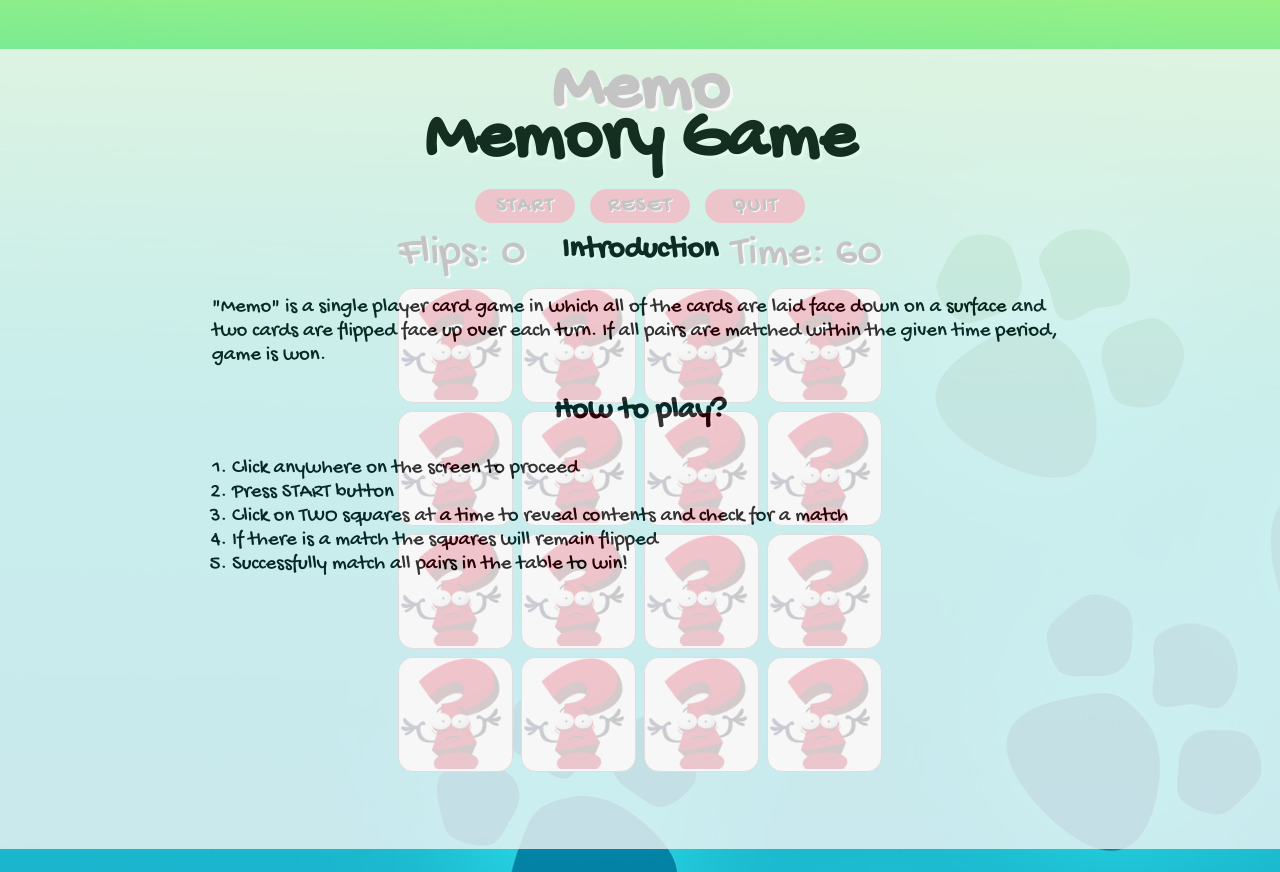
Repository: lauramika/Memory-Game
Page: index.html
The author's editor kept a record of every edit. The page is drawn from the files as they stood at one moment, then again after the next edit.
The browser window is 1280 px wide. The pictures show the whole page.

Above is the page before.

### index.html
<!DOCTYPE html>
<html lang = 'en'>
    <head>
        <meta name="viewport" content="width=device-width, initial-scale=1.0">
        <link rel="stylesheet" href="style.css" type="text/css" />
        <title>Memory Game</title>
    </head>
    <body>
        <!--overlay actice when program is loaded,by clicking anywhere on the screen, overlay is hidden-->
         <div id="overlay" onclick="off()">
            <!--Main heading, title-->
            <h1 class="title-game">Memory Game</h1>
            <!--Intro what this game is about-->
            <div id="intro">
                <h2>Introduction</h2>
                    <p>"Memo" is a single player card game in which all of the cards are
                    laid face down on a surface and two cards are flipped face up over
                    each turn. If all pairs are matched within the given time
                    period, game is won.</p>
            </div>
            <!--explanation how to play the game-->
            <div class="how-to-play">
                <h2>How to play?</h2>
                  <ol>
                    <li>Click anywhere on the screen to proceed</li>
                    <li>Press START button</li>
                    <li>Click on TWO squares at a time to reveal contents and check for a match</li>
                    <li>If there is a match the squares will remain flipped </li>
                    <li>Successfully match all pairs in the table to win!</li>
                  </ol>
              </div>
          </div>
          <h1 class="title-game">Memo</h1>
          <!--start, reset and quit buttons-->
        <div class="buttons">
            <button class="start" onclick="shuffle()">Start</button>
            <button class="reset">Reset</button>
            <button class="quit">Quit</button>
        </div>
        <!--Main container that holds all the cards-->
        <div class="main-container">
            <div class= "rules-container">
                <div class="level-container">
                    Flips: <span id="flips">0</span>
                </div>
                <div class="time-container">
                    Time: <span id="time-left">60</span>
                </div>
            </div>
            <!--Cards-->
            <div class="cards">
                <div class="front-face">
                    <img src="images/camera.png">
                </div>
                 <div class="back-face">
                   <img src="images/question.jpg">
                </div>
            </div>

            <div class="cards">
                <div class="front-face">
                    <img src="images/camera.png">
                </div>
                 <div class="back-face">
                   <img src="images/question.jpg">
                </div>
            </div>

            <div class="cards">
                <div class="front-face">
                    <img src="images/bomb.png">
                </div>
                 <div class="back-face">
                   <img src="images/question.jpg">
                </div>
            </div>

            <div class="cards">
                <div class="front-face">
                    <img src="images/bomb.png">
                </div>
                 <div class="back-face">
                   <img src="images/question.jpg">
                </div>
            </div>

            <div class="cards">
                <div class="front-face">
                    <img src="images/garfield.jpg">
                </div>
                 <div class="back-face">
                   <img src="images/question.jpg">
                </div>
            </div>

            <div class="cards">
                <div class="front-face">
                    <img src="images/garfield.jpg">
                </div>
                 <div class="back-face">
                   <img src="images/question.jpg">
                </div>
            </div>

            <div class="cards">
                <div class="front-face">
                    <img src="images/ladybug.jpg">
                </div>
                 <div class="back-face">
                   <img src="images/question.jpg">
                </div>
            </div>

            <div class="cards">
                <div class="front-face">
                    <img src="images/ladybug.jpg">
                </div>
                 <div class="back-face">
                   <img src="images/question.jpg">
                </div>
            </div>

            <div class="cards">
                <div class="front-face">
                    <img src="images/puppy.jpg">
                </div>
                 <div class="back-face">
                   <img src="images/question.jpg">
                </div>
            </div>

            <div class="cards">
                <div class="front-face">
                    <img src="images/puppy.jpg">
                </div>
                 <div class="back-face">
                   <img src="images/question.jpg">
                </div>
            </div>

            <div class="cards">
                <div class="front-face">
                    <img src="images/star.jpg">
                </div>
                 <div class="back-face">
                   <img src="images/question.jpg">
                </div>
            </div>

            <div class="cards">
                <div class="front-face">
                    <img src="images/star.jpg">
                </div>
                 <div class="back-face">
                   <img src="images/question.jpg">
                </div>
            </div>

            <div class="cards">
                <div class="front-face">
                    <img src="images/frog.jpg">
                </div>
                 <div class="back-face">
                   <img src="images/question.jpg">
                </div>
            </div>

            <div class="cards">
                <div class="front-face">
                    <img src="images/frog.jpg">
                </div>
                 <div class="back-face">
                   <img src="images/question.jpg">
                </div>
            </div>
            <div class="cards">

                <div class="front-face">
                    <img src="images/bananas.jpg">
                </div>
                 <div class="back-face">
                   <img src="images/question.jpg">
                </div>
            </div>

            <div class="cards">
                <div class="front-face">
                    <img src="images/bananas.jpg">
                </div>
                 <div class="back-face">
                   <img src="images/question.jpg">
                </div>
            </div>
        </div>
        <script type="text/javascript" src="script.js"></script>
    </body>
</html>

### style.css
/*import google font*/
@import url('https://fonts.googleapis.com/css?family=Gochi+Hand&display=swap');
* {
    box-sizing: border-box;
}
html {
    min-height: 100vh;
}
body {
    margin: 0;
     background-image: url("images/paw-print-941498_1920.jpg");
    font-family: 'Gochi Hand', cursive;
    color: black;
    font-size: 1.3em;

}
h1 {
    text-shadow: 3px 3px white;
}
h2 {
    text-align: center;
    text-shadow: 2px 2px white;
}
p, .times {
    margin: 20px;
}
#intro, .how-to-play{
    margin: auto;
    width: 70%;
}
.title-game {
    color:black;
    text-align: center;
    font-size: 3.5em;
}

.rules-container {
    grid-column: 1 / -1;
    display: flex;
    justify-content: space-between;
}
/*container that holds all the cards*/
.main-container {
    display: grid;
    grid-template-columns: repeat(4, auto);
    grid-gap: 8px;
    justify-content: center;
    margin-bottom: 100px;
    color: black;
    text-shadow: 2px 2px white;
    font-size: 2.1em;

}
/*card styles*/
.cards {
    background-color: white;
    height: 115px;
    width: 115px;
    border-radius: 15px;
    transition: transform .2s;
    border: 1px solid gray;
    position: relative;
    transform-style: preserve-3d;

}
/**************flipping of cards************/
.front-face {
    backface-visibility: hidden;
     transform: rotateY(180deg);
}
.back-face {
    backface-visibility: hidden;
}
.cards:hover {
    transform: scale(1.05);
    transform: rotateY(180deg);
    transition: ease .6s;
}
/*image sizes in desktop view*/
img {
    height: 111px;
    width: 111px;
    border-radius: 15px;
}
/*positioning of images absolute to their parent div*/
.front-face, .back-face {
    position: absolute;
}
.buttons {
    text-align: center;
}
/*start, reset and quit button styles*/
button {
    font-family: 'Gochi Hand', cursive;
    width: 100px;
    font-size: 1em;
    letter-spacing: 2px;
    color: black;
    font-weight: bold;
    text-transform: uppercase;
    background: rgb(199,1,30);
    text-shadow: 1px 1px white;
    padding: 5px 10px;
    border-radius: 30px;
    border: none;
    margin: 5px;
}
button:hover {
   transform: scale(1.1);
   box-shadow: 3px 3px white;
   opacity: 0.9;
}
#overlay {
  height: 800px;
  display: visible;
  background-color: whitesmoke;
  z-index: 10;
  position: absolute;
  opacity: .8;
}
/****************************TABLET************************/
@media screen and (max-width: 800px) {
  .cards{
      height: 95px;
      width: 95px;
  }
  img {
      height: 91px;
      width: 91px;
  }
  .main-container {
      grid-gap: 4px;
  }
  .title-game {
      font-size: 2.5em;
  }
  .main-container {
      font-size: 1.6em;
  }
  #intro, .how-to-play {
    width: 90%;
  }
}
 /************************PHONE***************************/
@media screen and (max-width: 480px) {
  .cards{
      height: 70px;
      width: 70px;
  }
  img {
      height: 66px;
      width: 66px;
  }
  .main-container {
      grid-gap: 1px;
  }
  .title-game {
      font-size: 2em;
  }
  .main-container {
      font-size: 1.2em;
  }
  button {
    width: 80px;
    font-size: 1em;
    }
  #intro, .how-to-play {
     width: 95%;
    }
}

### script.js
//to shuffle cards when new game starts
/*function shuffle() {

  var tiles = Array.from(document.getElementsByClassName("cards"));
  var current = tiles.length;
  var index, temp;

  while (current > 0) {
    index = Math.floor(Math.random() * current);
    current--;

    temp = tiles[current];
    tiles[current] = tiles[index];
    tiles[index] = temp;
  }
   document.getElementsByClassName("cards") = tiles.innerHTML;


}*/

//removes overlay div by clicking anywhere on the screen
function off() {
  document.getElementById("overlay").style.display = "none";
}

After the next edit:
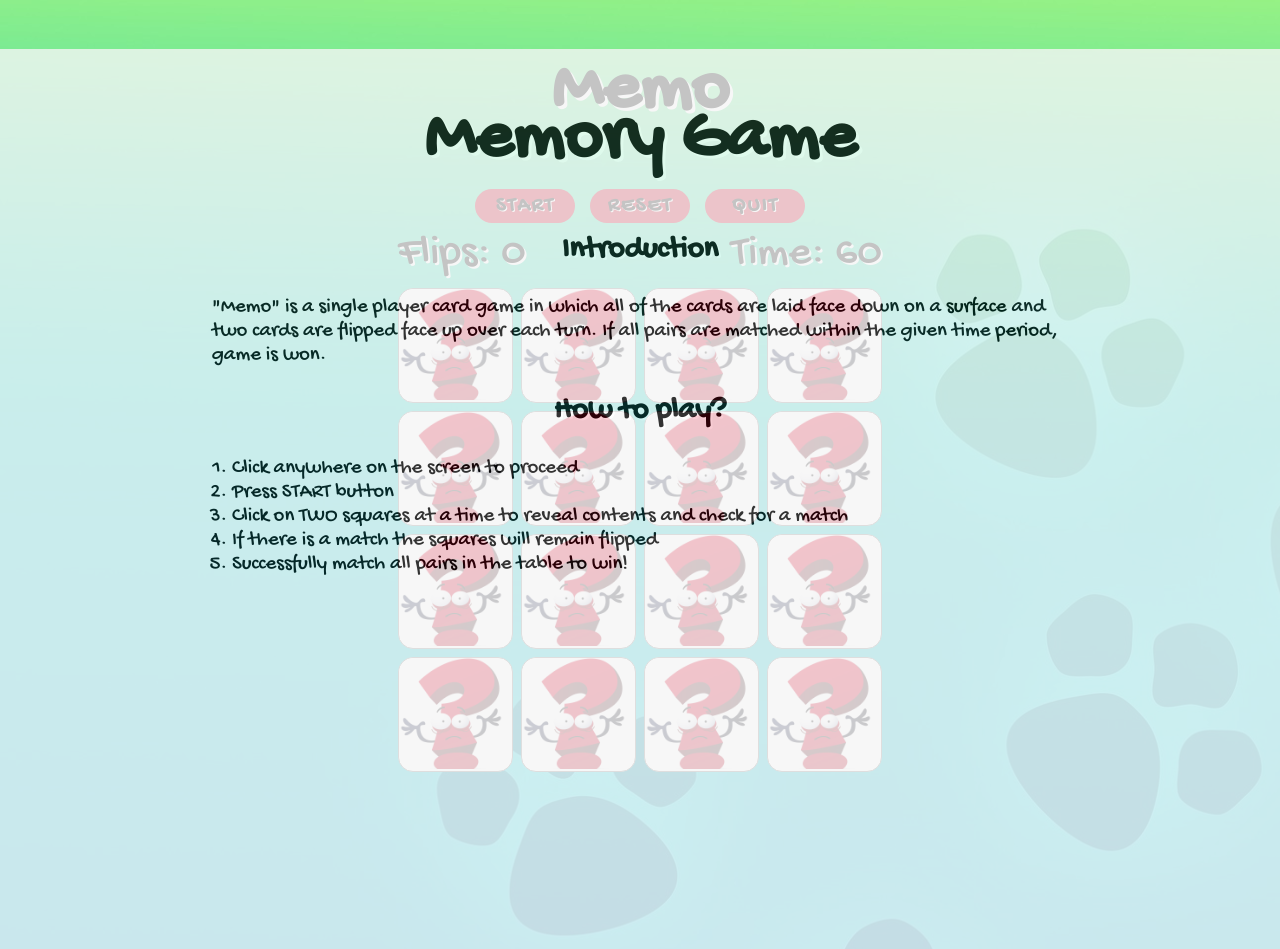
The edit:
--- a/style.css
+++ b/style.css
@@ -111,7 +111,8 @@
    opacity: 0.9;
 }
 #overlay {
-  height: 800px;
+  margin-top: 0;
+  height: 900px;
   display: visible;
   background-color: whitesmoke;
   z-index: 10;
